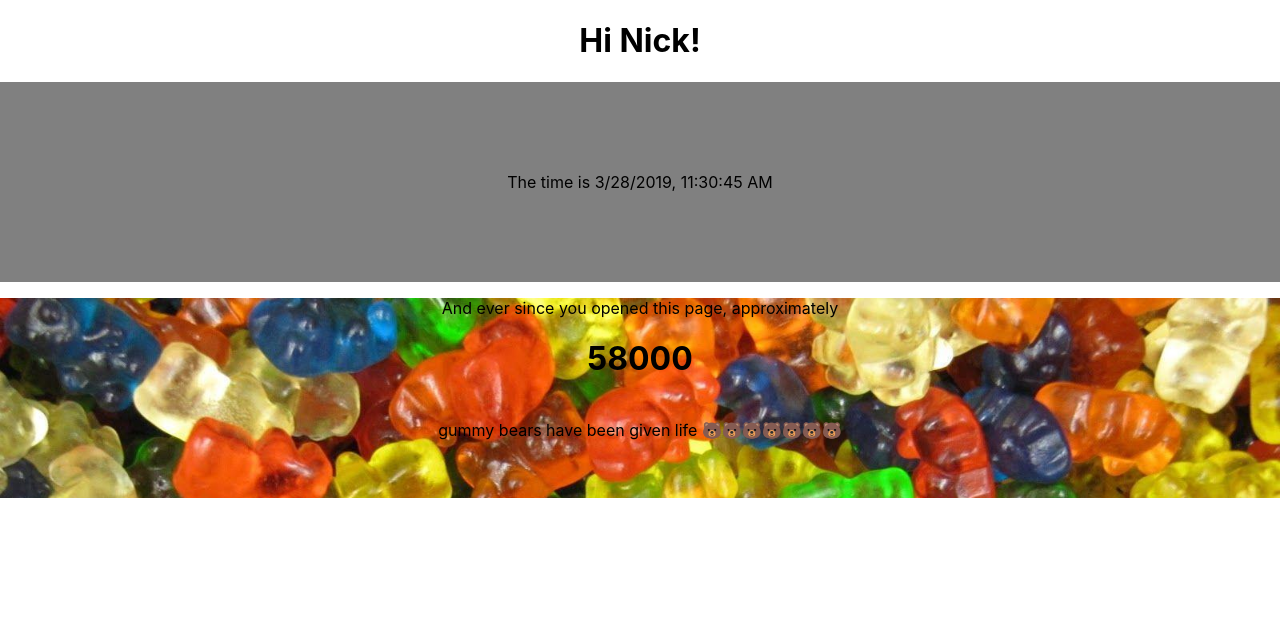
Repository: crispinonicky/gummy-facts
Page: /
The author's editor kept a copy of each file at every save. The page is drawn from the files as they stood at one save, then again after a run of saves.
The browser window is 1280 px wide. The pictures show the whole page.
The project was rebuilt for these pictures with package versions that can differ from the ones it lists, and the page was loaded fresh each time.

Above is the page before, as saved 2019-03-28 15:32:27.

After the next 2 saves:
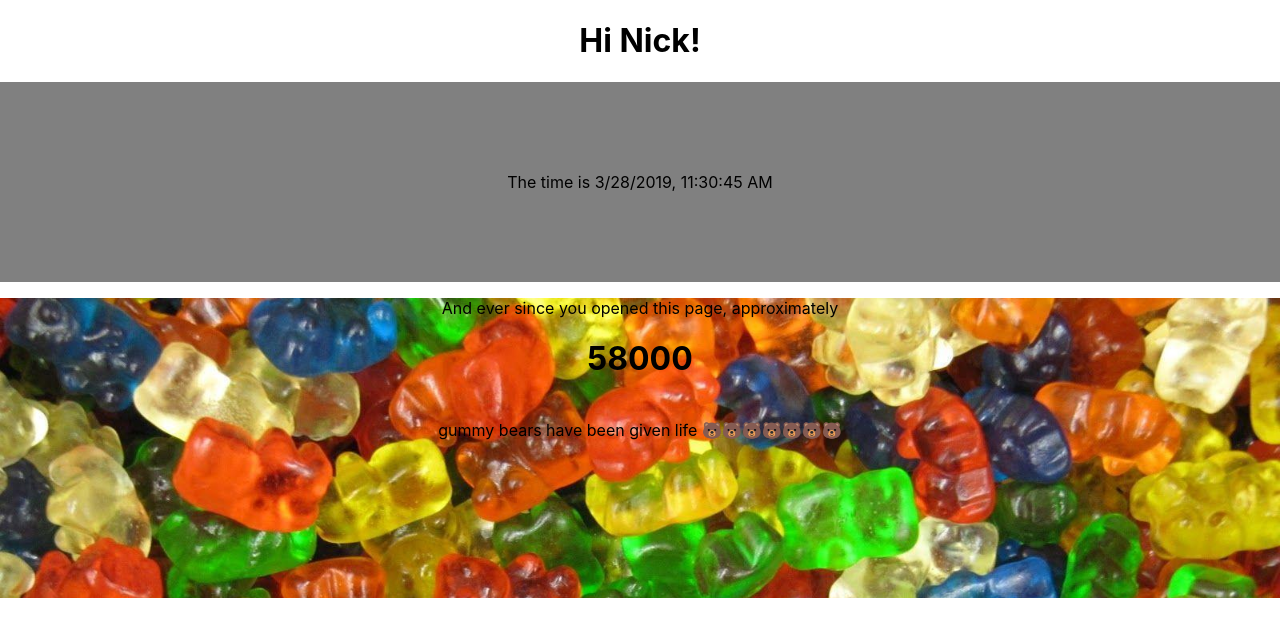
The 2 saves are shown as one change because they came seconds apart.
The last was saved 12 s later.
--- a/src/App.css
+++ b/src/App.css
@@ -15,7 +15,7 @@
 }
 
 .Count {
-  height: 200px;
+  height: 300px;
   background: url('./images/gummy\ bears.jpg');
   background-size: cover;
 }
